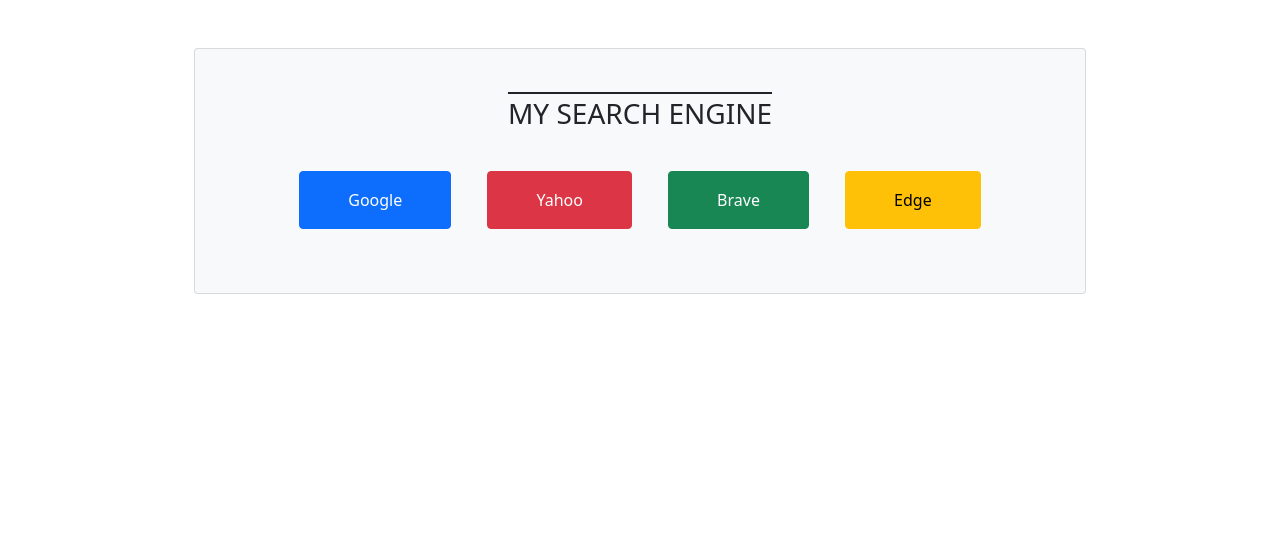
Repository: IamPawan777/spring-MCV
Page: http://localhost/my_search_engine/home.jsp
The author's editor kept a copy of each file at every save. The page is drawn from the files as they stood at one save, then again after the next save.
The browser window is 1280 px wide. The pictures show the whole page.
The page is served by Tomcat 9.

Above is the page before, as saved 2025-01-18 08:05:18.

After the next save:
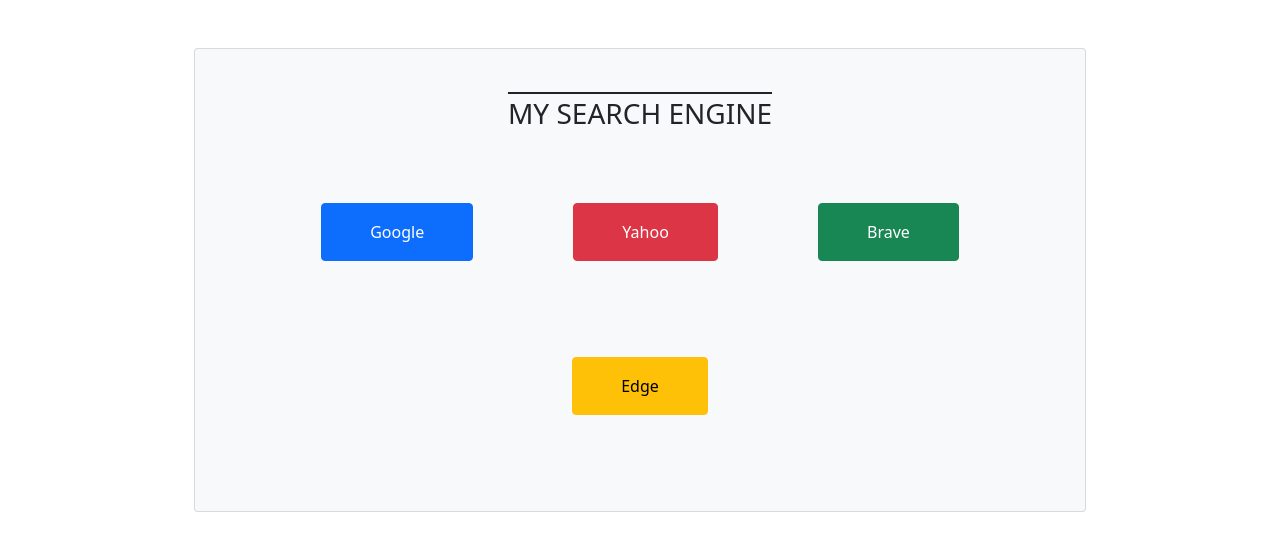
Saved 13 s later.
--- a/my_search_engine/src/main/webapp/home.jsp
+++ b/my_search_engine/src/main/webapp/home.jsp
@@ -28,10 +28,10 @@
 							<button class=" btn btn-outline-light">Search</button>
 						</div> -->
 						 <div class="container text-center">
-							<a href="googlePage.jsp" class="btn btn-primary m-3 px-5 py-3">Google</a>
-							<a href="yahooPage.jsp" class="btn btn-danger m-3 px-5 py-3">Yahoo</a>
-							<a href="bravePage.jsp" class="btn btn-success m-3 px-5 py-3">Brave</a>
-							<a href="edgePage.jsp" class="btn btn-warning m-3 px-5 py-3">Edge</a>
+							<a href="googlePage.jsp" class="btn btn-primary m-5 px-5 py-3">Google</a>
+							<a href="yahooPage.jsp" class="btn btn-danger m-5 px-5 py-3">Yahoo</a>
+							<a href="bravePage.jsp" class="btn btn-success m-5 px-5 py-3">Brave</a>
+							<a href="edgePage.jsp" class="btn btn-warning m-5 px-5 py-3">Edge</a>
 						</div>
 
 					</form>
